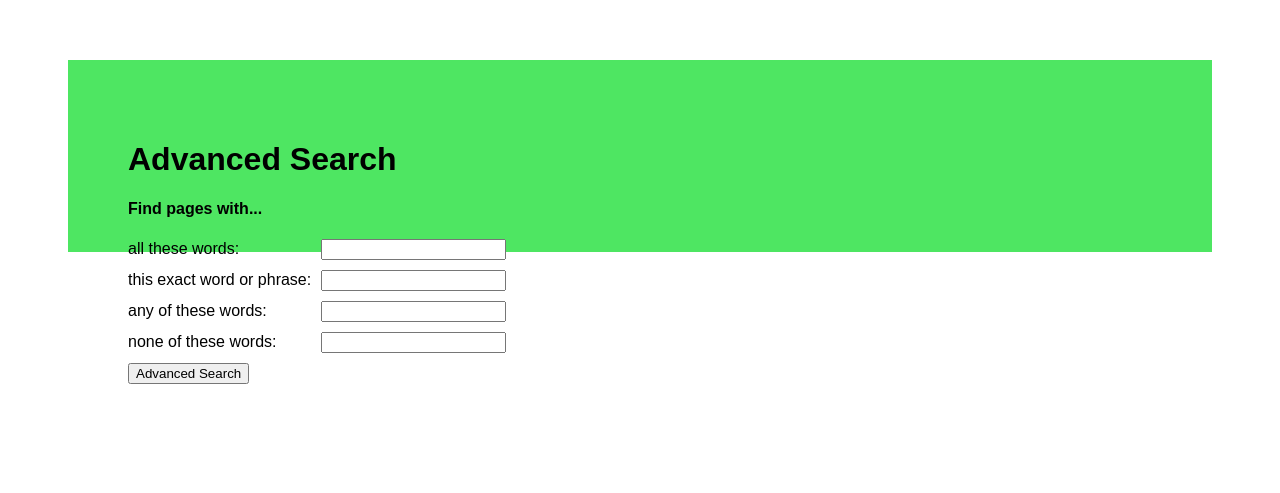
Repository: etentuk/search
Page: advanced_search.html
These files come from the project's save history. The page is drawn as it stood at one moment and after the next save; the edit follows.
The browser window is 1280 px wide. The pictures show the whole page.

Above is the page before, as saved 2021-11-04 21:13:27.

### advanced_search.html
<!DOCTYPE html>
<html lang="en">

<head>
    <title>Advanced Search</title>
    <link rel="stylesheet" href="styles.css">
</head>

<body>

    <div class="contentContainer">
        <header>
            <h1>Advanced Search</h1>
        </header>
        <h4>Find pages with...</h4>
        <form action="https://google.com/search" class="form-example">
            <div style="display: table-row;">
                <div class="form-example">
                    <label for="as_q">all these words: </label>
                    <input type="text" id="as_q" name="as_q">
                </div>
                <div class="form-example">
                    <label for="as_epq">this exact word or phrase: </label>
                    <input type="text" id="as_epq" name="as_epq">
                </div>
                <div class="form-example">
                    <label for="as_oq">any of these words: </label>
                    <input type="text" id="as_oq" name="as_oq">
                </div>
                <div class="form-example">
                    <label for="as_eq">none of these words: </label>
                    <input type="text" id="as_eq" name="as_eq">
                </div>
            </div>
            <input type="submit" value="Advanced Search">
        </form>
    </div>
</body>

</html>

### styles.css
form.form-example {
  display: table;
}

div.form-example {
  display: table-row;
}

label,
input {
  display: table-cell;
  margin-bottom: 10px;
}

label {
  padding-right: 10px;
}

div.contentContainer {
  font-family: Arial, Helvetica, sans-serif;
  background-color: rgb(78, 230, 98);
  /* width: 100%; */
  height: 10vh;
  padding: 60px;
  margin: 60px;
}

After the next save:
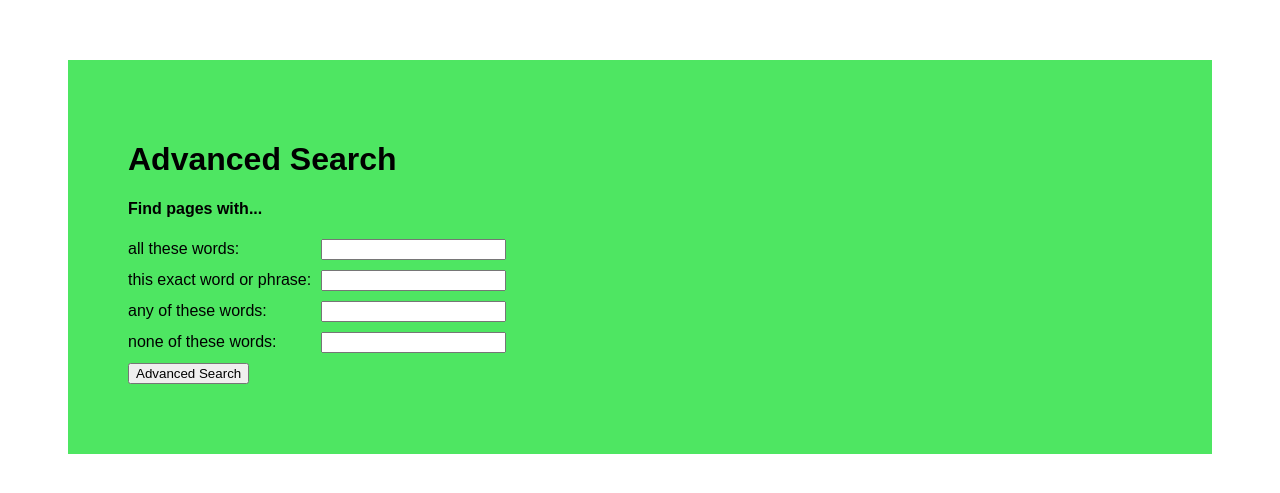
Saved 4 s later.
--- a/styles.css
+++ b/styles.css
@@ -20,7 +20,7 @@ div.contentContainer {
   font-family: Arial, Helvetica, sans-serif;
   background-color: rgb(78, 230, 98);
   /* width: 100%; */
-  height: 10vh;
+  height: 100%;
   padding: 60px;
   margin: 60px;
 }
